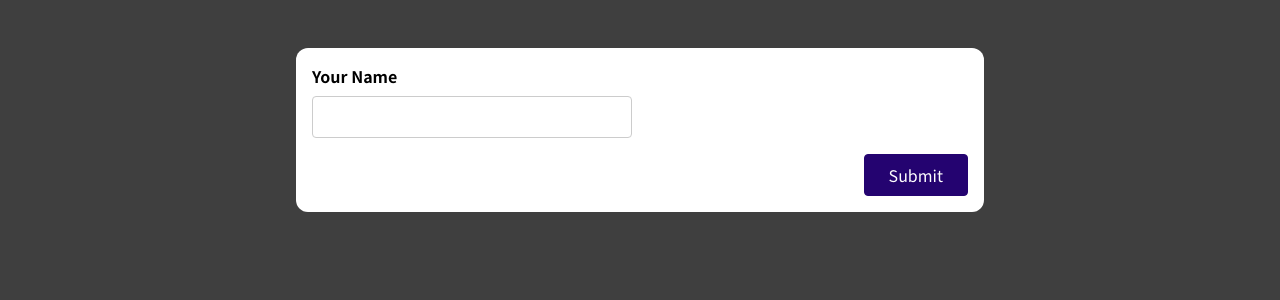
Repository: wenxi0504/08_Form-UserInput-React-
Page: /
An editor plug-in stored every save of this project. The page is shown before and after the next save, followed by the edit.
The browser window is 1280 px wide. The pictures show the whole page.
The project was rebuilt for these pictures with package versions that can differ from the ones it lists, and the page was loaded fresh each time.

Above is the page before, as saved 2022-07-13 22:46:40.

### src/components/SimpleInput.js
import { useRef, useState } from "react";

const SimpleInput = (props) => {
  //method 2 use ref
  const nameInputRef = useRef();

  // method 1 use State,only needs the value once
  const [enteredName, setEnteredName] = useState("");
  const [enteredNameIsValid, setEnteredNameIsValid] = useState(false);
  const nameInputChangeHandler = (event) => {
    setEnteredName(event.target.value);
  };
  const formSubmissionHandler = (event) => {
    event.preventDefault();
    if (enteredName.trim() === "") {
      setEnteredNameIsValid(false);
      return;
    }
    setEnteredNameIsValid(true);
    console.log(enteredName);
    //method 2 continue
    const enterValue = nameInputRef.current.value;
    console.log(enterValue);

    //nameInputRef.current.value='';=> NOT IDEAL,dont manipulate the dom
    //setEnteredName('');
  };

  return (
    <form onSubmit={formSubmissionHandler}>
      <div className="form-control">
        <label htmlFor="name">Your Name</label>
        <input
          ref={nameInputRef}
          type="text"
          id="name"
          onChange={nameInputChangeHandler}
          // two way bind
          value={enteredName}
        />
      </div>
      <div className="form-actions">
        <button>Submit</button>
      </div>
    </form>
  );
};

export default SimpleInput;

Loaded but not shown: public/index.html (common file); src/index.js (common file); src/index.css (common file); src/App.js (common file)

After the next save:
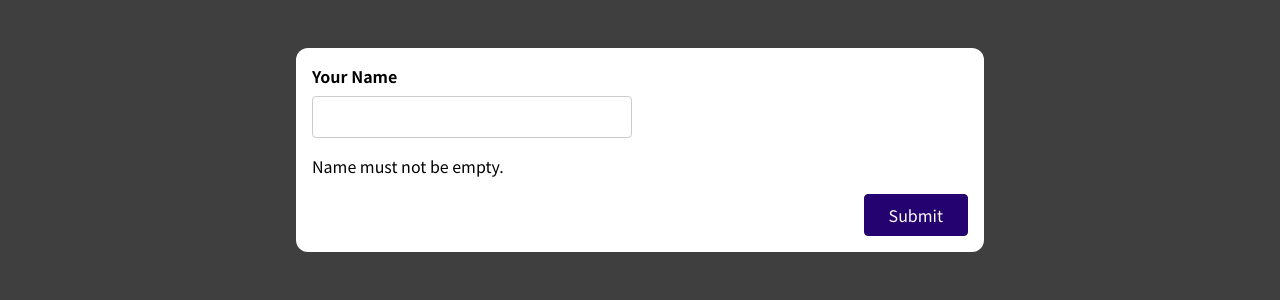
Saved 74 s later.
--- a/src/components/SimpleInput.js
+++ b/src/components/SimpleInput.js
@@ -38,6 +38,7 @@ const SimpleInput = (props) => {
           // two way bind
           value={enteredName}
         />
+        {!enteredNameIsValid && <p>Name must not be empty.</p>}
       </div>
       <div className="form-actions">
         <button>Submit</button>
